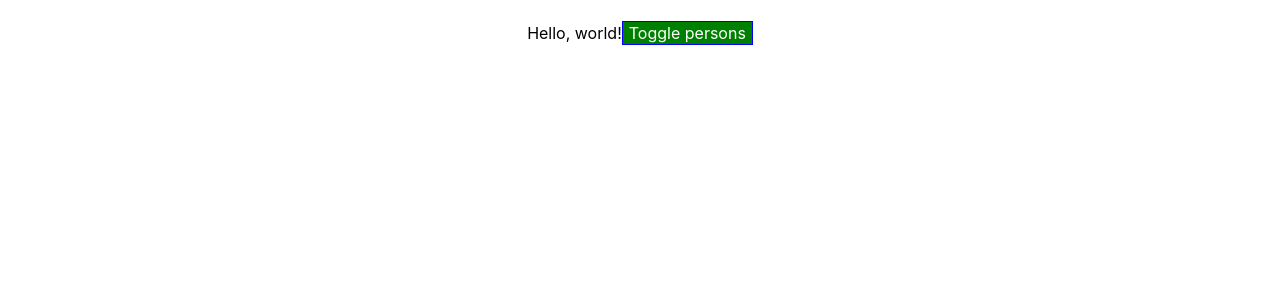
Repository: LironBlum/reactFirstApp
Page: /
The author's editor kept a copy of each file at every save. The page is drawn from the files as they stood at one save, then again after the next save.
The browser window is 1280 px wide. The pictures show the whole page.
The project was rebuilt for these pictures with package versions that can differ from the ones it lists, and the page was loaded fresh each time. Also part of the build but not shown: src/components/ErrorBoundary/ErrorBoundary.jsx.

Above is the page before, as saved 2020-09-24 10:40:27.

After the next save:
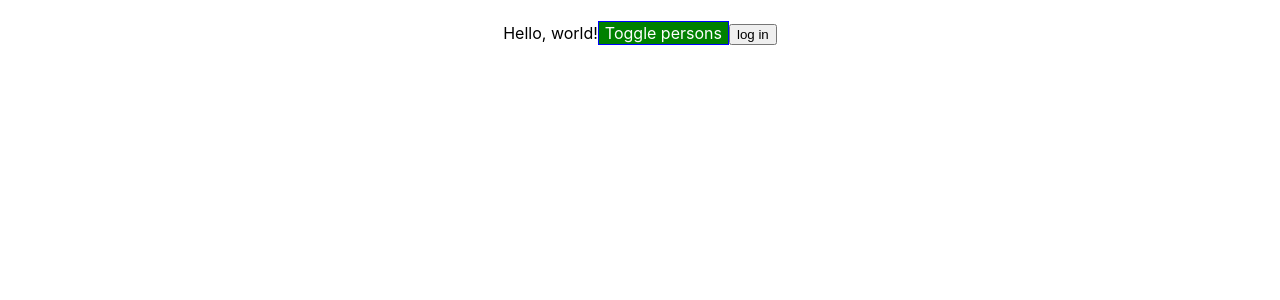
Saved 4 min 4 s later.
--- a/src/components/Cockpit/Cockpit.jsx
+++ b/src/components/Cockpit/Cockpit.jsx
@@ -37,6 +37,7 @@ const Cockpit = props => {
       >
         Toggle persons
       </StyledButten>
+      <button onClick={props.login}>log in</button>
     </div>
   );
 };
